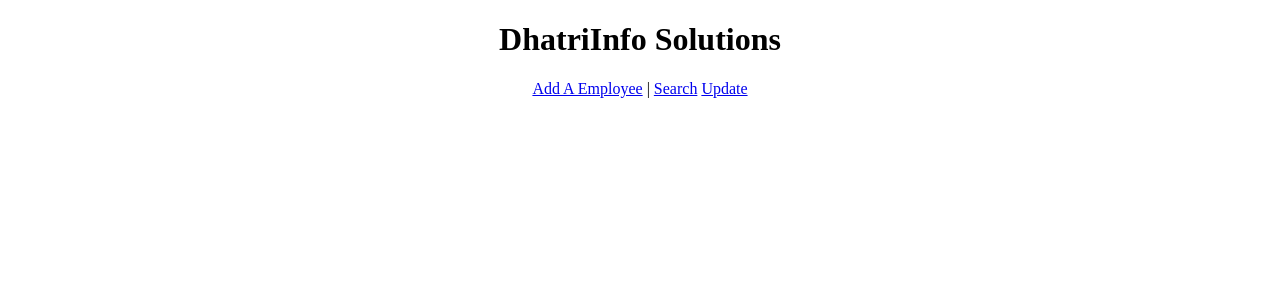
Repository: mounikagunda/corejavaproject
Page: projectjsp1/WebContent/index.html
An editor plug-in stored every save of this project. The page is shown before and after the next save, followed by the edit.
The browser window is 1280 px wide. The pictures show the whole page.

Above is the page before, as saved 2016-12-21 07:19:21.

After the next save:
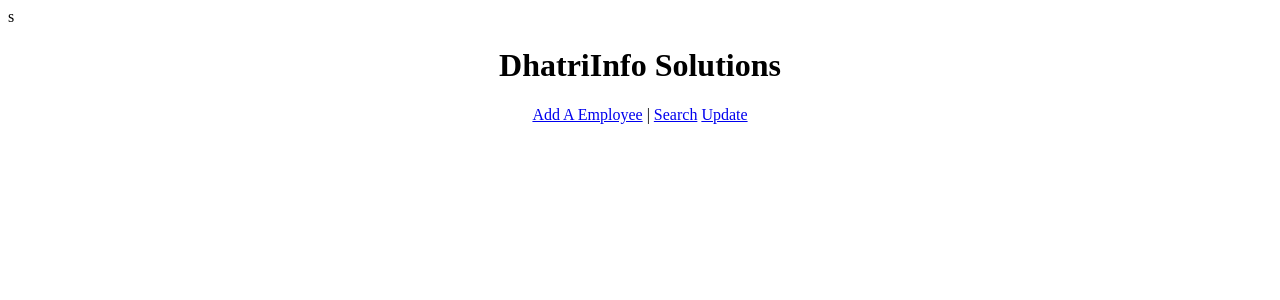
Saved 103 s later.
--- a/projectjsp1/WebContent/index.html
+++ b/projectjsp1/WebContent/index.html
@@ -1,4 +1,4 @@
-<!DOCTYPE html>
+s<!DOCTYPE html>
 <html>
 <head>
 <meta charset="ISO-8859-1">

After the save that followed:
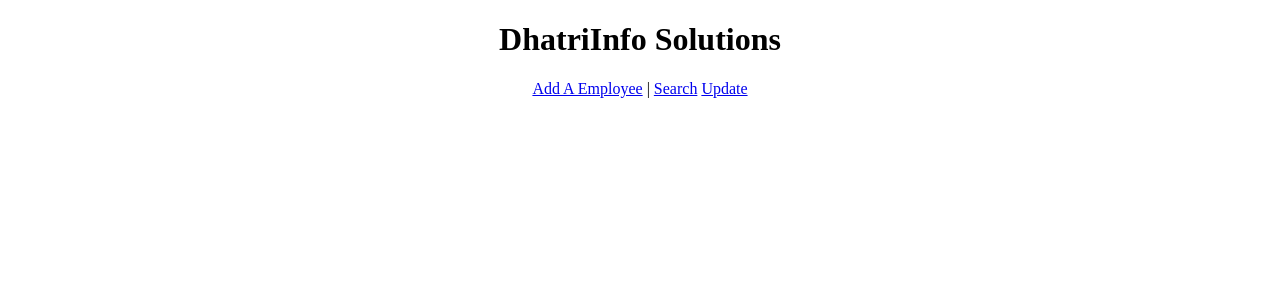
Saved 4 s later.
--- a/projectjsp1/WebContent/index.html
+++ b/projectjsp1/WebContent/index.html
@@ -1,4 +1,4 @@
-s<!DOCTYPE html>
+<!DOCTYPE html>
 <html>
 <head>
 <meta charset="ISO-8859-1">
